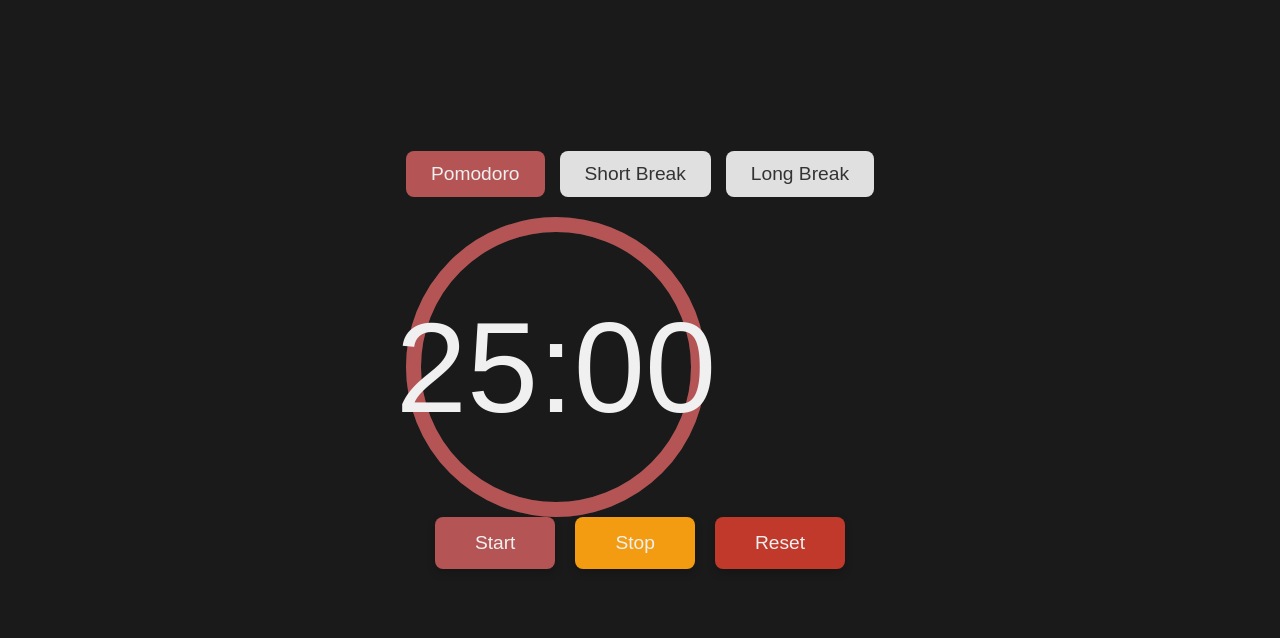
Repository: minnie-w-tcg/my-todo-vue3
Page: /
These files come from the project's save history. The page is drawn as it stood at one moment and after the next save; the edit follows.
The browser window is 1280 px wide. The pictures show the whole page.
The project was rebuilt for these pictures with package versions that can differ from the ones it lists, and the page was loaded fresh each time. Also part of the build but not shown: vue.config.js.

Above is the page before, as saved 2025-07-20 23:29:34.

After the next save:
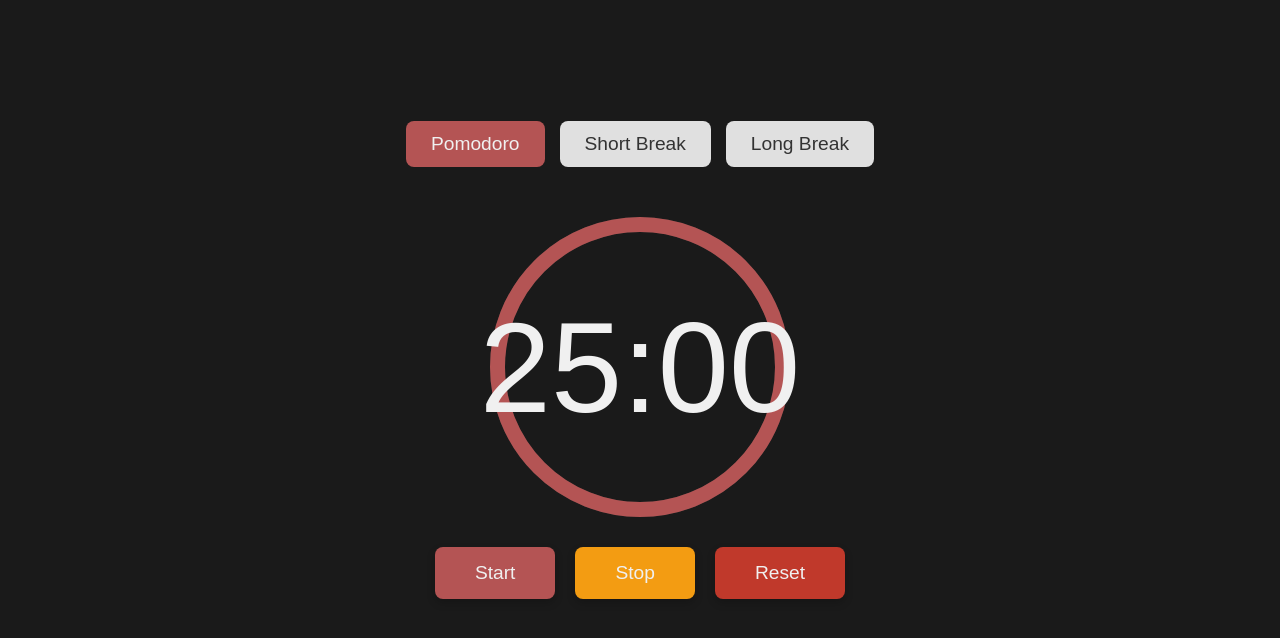
Saved 22 s later.
--- a/src/App.vue
+++ b/src/App.vue
@@ -127,6 +127,8 @@ body {
   align-items: center;
   min-height: 100vh;
 }
+
+#app {
   margin-top: 0;
   display: flex;
   flex-direction: column;
